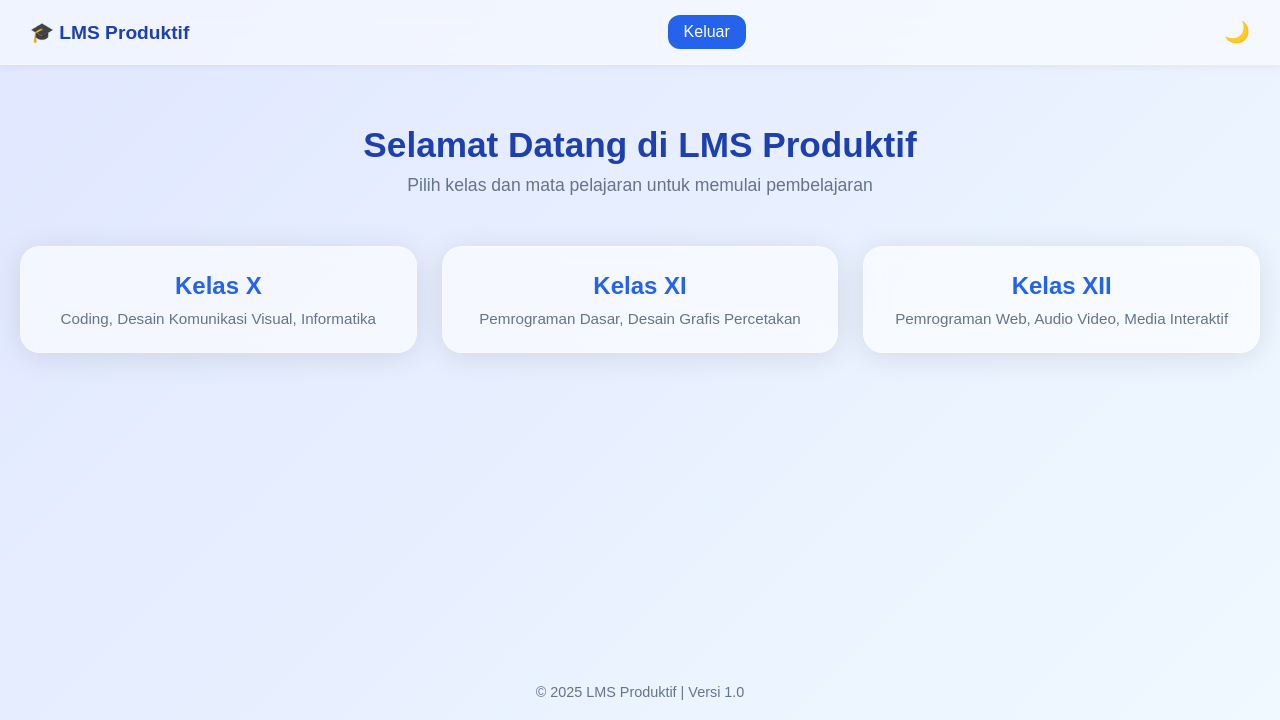
Repository: smkmutipugademak/elearning
Page: index.html
An editor plug-in stored every save of this project. The page is shown before and after the next save, followed by the edit.
The browser window is 1280 px wide. The pictures show the whole page.

Above is the page before, as saved 2025-11-07 01:18:06.

### index.html
<!DOCTYPE html>
<html lang="id">

<head>
    <meta charset="UTF-8">
    <meta name="viewport" content="width=device-width, initial-scale=1.0">
    <title>LMS Produktif | Dashboard</title>
    <link rel="stylesheet" href="home.css">
</head>

<body>
    <header class="navbar">
        <div class="logo">🎓 LMS Produktif</div>
        <a href="#" class="btn-logout">Keluar</a>
    </header>

    <main class="dashboard">
        <h1>Selamat Datang di LMS Produktif</h1>
        <p class="subtitle">Pilih kelas dan mata pelajaran untuk memulai pembelajaran</p>

        <!-- PILIH KELAS -->
        <section id="kelasSection" class="dashboard-grid">
            <div class="card kelas" data-kelas="X">
                <h2>Kelas X</h2>
                <p>Coding, Desain Komunikasi Visual, Informatika</p>
            </div>
            <div class="card kelas" data-kelas="XI">
                <h2>Kelas XI</h2>
                <p>Pemrograman Dasar, Desain Grafis Percetakan</p>
            </div>
            <div class="card kelas" data-kelas="XII">
                <h2>Kelas XII</h2>
                <p>Pemrograman Web, Audio Video, Media Interaktif</p>
            </div>
        </section>

        <!-- PILIH MAPEL -->
        <section id="mapelSection" class="hidden">
            <h2>Pilih Mata Pelajaran</h2>
            <div id="mapelList" class="dashboard-grid"></div>
            <button class="btn-back-home" id="backToKelas">← Kembali ke Pilihan Kelas</button>
        </section>

        <!-- PILIH MENU (Teori, Praktikum, TryOut, Kisi-Kisi) -->
        <section id="menuSection" class="hidden">
            <h2 id="selectedMapelTitle"></h2>
            <div class="dashboard-grid" id="menuList">
                <div class="card menu" data-menu="teori">
                    <h3>📘 Teori</h3>
                    <p>Materi pembelajaran teori</p>
                </div>
                <div class="card menu" data-menu="praktikum">
                    <h3>🔬 Praktikum</h3>
                    <p>Tugas dan panduan praktikum</p>
                </div>
                <div class="card menu" data-menu="tryout">
                    <h3>🧩 TryOut</h3>
                    <p>Latihan soal pilihan ganda</p>
                </div>
                <div class="card menu" data-menu="kisikisi">
                    <h3>📄 Kisi-Kisi</h3>
                    <p>Rangkuman dan panduan ujian</p>
                </div>
            </div>
            <button class="btn-back-home" id="backToMapel">← Kembali ke Pilihan Mapel</button>
        </section>

        <!-- PILIH BAB TRYOUT -->
        <section id="babSection" class="hidden">
            <h2>Pilih Latihan TryOut</h2>
            <div id="babList" class="dashboard-grid"></div>
            <button class="btn-back-home" id="backToMenu">← Kembali ke Menu Mapel</button>
        </section>
    </main>

    <footer class="footer">
        <p>© 2025 LMS Produktif | Versi 1.0</p>
    </footer>
    <script src="home.js"></script>
</body>

### home.css
/* =========================================================
   🎓 LMS PRODUKTIF — MODERN GLASSMORPHIC DASHBOARD
   Versi 2.0 (by GPT-5)
   ========================================================= */

/* === ROOT THEME COLORS === */
:root {
    --primary: #2563eb;
    --primary-dark: #1e40af;
    --bg: linear-gradient(135deg, #e0e7ff, #f0f9ff);
    --card-bg: rgba(255, 255, 255, 0.6);
    --text-dark: #0f172a;
    --text-light: #64748b;
    --radius: 20px;
    --shadow: 0 4px 30px rgba(0, 0, 0, 0.1);
    --glass-blur: blur(10px);
}

/* === DARK MODE THEME === */
body.dark {
    --bg: linear-gradient(135deg, #1e293b, #0f172a);
    --card-bg: rgba(30, 41, 59, 0.7);
    --text-dark: #f1f5f9;
    --text-light: #94a3b8;
    --primary: #60a5fa;
    --primary-dark: #3b82f6;
    --shadow: 0 6px 30px rgba(0, 0, 0, 0.6);
}

/* === GLOBAL RESET === */
* {
    margin: 0;
    padding: 0;
    box-sizing: border-box;
}

body {
    font-family: 'Poppins', sans-serif;
    background: var(--bg);
    color: var(--text-dark);
    transition: background 0.4s ease, color 0.4s ease;
    min-height: 100vh;
    display: flex;
    flex-direction: column;
}

/* === NAVBAR === */
.navbar {
    background: rgba(255, 255, 255, 0.5);
    backdrop-filter: blur(12px);
    display: flex;
    justify-content: space-between;
    align-items: center;
    padding: 15px 30px;
    border-bottom: 1px solid rgba(255, 255, 255, 0.3);
    box-shadow: 0 2px 8px rgba(0, 0, 0, 0.05);
    position: sticky;
    top: 0;
    z-index: 10;
}

body.dark .navbar {
    background: rgba(30, 41, 59, 0.6);
}

.logo {
    font-weight: 600;
    color: var(--primary-dark);
    font-size: 1.2rem;
    display: flex;
    align-items: center;
    gap: 6px;
}

.btn-logout {
    background: var(--primary);
    color: white;
    padding: 8px 16px;
    border-radius: 12px;
    text-decoration: none;
    transition: 0.3s;
    font-weight: 500;
}

.btn-logout:hover {
    background: var(--primary-dark);
    transform: translateY(-2px);
}

/* === DARK MODE TOGGLE === */
.toggle-dark {
    cursor: pointer;
    background: transparent;
    border: none;
    color: var(--text-dark);
    font-size: 1.3rem;
    transition: 0.3s;
}

.toggle-dark:hover {
    color: var(--primary);
}

/* === DASHBOARD === */
.dashboard {
    text-align: center;
    padding: 60px 20px;
    flex: 1;
}

.dashboard h1 {
    font-size: 2.2rem;
    color: var(--primary-dark);
    margin-bottom: 10px;
}

.subtitle {
    font-size: 1.1rem;
    color: var(--text-light);
    margin-bottom: 40px;
}

/* === GRID CONTAINER === */
.dashboard-grid {
    display: grid;
    grid-template-columns: repeat(auto-fit, minmax(220px, 1fr));
    gap: 25px;
    justify-content: center;
    align-items: stretch;
    padding: 10px 0 40px;
}

/* === CARD === */
.card {
    background: var(--card-bg);
    backdrop-filter: var(--glass-blur);
    border-radius: var(--radius);
    box-shadow: var(--shadow);
    border: 1px solid rgba(255, 255, 255, 0.3);
    transition: all 0.35s ease;
    cursor: pointer;
    padding: 25px 20px;
}

.card:hover {
    transform: translateY(-6px) scale(1.03);
    background: rgba(255, 255, 255, 0.9);
    box-shadow: 0 10px 25px rgba(37, 99, 235, 0.25);
}

body.dark .card:hover {
    background: rgba(30, 41, 59, 0.9);
}

.card h2,
.card h3 {
    margin: 0 0 10px;
    color: var(--primary);
    font-weight: 600;
}

.card p {
    color: var(--text-light);
    font-size: 0.95rem;
}

/* === BUTTON === */
.btn-back-home {
    background: var(--primary);
    color: white;
    border: none;
    padding: 12px 24px;
    border-radius: 14px;
    cursor: pointer;
    transition: all 0.3s ease;
    box-shadow: 0 4px 10px rgba(37, 99, 235, 0.3);
    font-size: 1rem;
}

.btn-back-home:hover {
    background: var(--primary-dark);
    transform: translateY(-3px);
}

/* === HIDDEN SECTIONS === */
.hidden {
    display: none;
}

/* === ANIMATIONS === */
.fade-in {
    animation: fadeIn 0.5s ease forwards;
}

.fade-out {
    animation: fadeOut 0.4s ease forwards;
}

@keyframes fadeIn {
    from {
        opacity: 0;
        transform: translateY(10px) scale(0.98);
    }

    to {
        opacity: 1;
        transform: translateY(0) scale(1);
    }
}

@keyframes fadeOut {
    from {
        opacity: 1;
        transform: scale(1);
    }

    to {
        opacity: 0;
        transform: scale(0.97);
    }
}

/* === FOOTER === */
.footer {
    text-align: center;
    padding: 20px 10px;
    font-size: 0.9rem;
    color: var(--text-light);
}

/* === RESPONSIVE === */
@media (max-width: 768px) {
    .dashboard {
        padding: 40px 15px;
    }

    .dashboard h1 {
        font-size: 1.8rem;
    }

    .dashboard-grid {
        grid-template-columns: repeat(auto-fit, minmax(160px, 1fr));
        gap: 18px;
    }

    .card {
        padding: 18px;
    }

    .btn-back-home {
        width: 100%;
        font-size: 0.9rem;
        padding: 10px;
    }
}

### home.js
// === Ambil elemen DOM ===
const kelasSection = document.getElementById("kelasSection");
const mapelSection = document.getElementById("mapelSection");
const mapelList = document.getElementById("mapelList");
const menuSection = document.getElementById("menuSection");
const menuList = document.getElementById("menuList");
const babSection = document.getElementById("babSection");
const babList = document.getElementById("babList");

// Tombol kembali (harus pastikan ada di HTML)
const backToKelas = document.getElementById("backToKelas");
const backToMapel = document.getElementById("backToMapel");
const backToMenu = document.getElementById("backToMenu");

// === Data Mapel per Kelas ===
const mapelPerKelas = {
    X: ["Coding", "Desain Komunikasi Visual", "Informatika"],
    XI: ["Pemrograman Dasar", "Desain Grafis Percetakan"],
    XII: [
        "Pemrograman Web dan Perangkat Bergerak",
        "Teknik Pengolahan Audio dan Video",
        "Desain Media Interaktif",
    ],
};

// === Data Bab ===
const babListData = ["Latihan Bab 1", "Latihan Bab 2", "Latihan Bab 3"];

// === PILIH KELAS ===
document.querySelectorAll(".kelas").forEach((card) => {
    card.addEventListener("click", () => {
        const kelas = card.getAttribute("data-kelas");

        // tampilkan mapel sesuai kelas
        kelasSection.classList.add("hidden");
        mapelSection.classList.remove("hidden");
        mapelList.innerHTML = ""; // bersihkan dulu

        // Buat kartu mapel
        mapelPerKelas[kelas].forEach((mapel) => {
            const div = document.createElement("div");
            div.className = "card mapel fade-in";
            div.innerHTML = `<h3>${mapel}</h3><p>Kelas ${kelas}</p>`;
            div.addEventListener("click", () => showMenu(mapel));
            mapelList.appendChild(div);
        });
    });
});

// === PILIH MENU (Teori, Praktikum, TryOut, Kisi-Kisi) ===
function showMenu(mapel) {
    mapelSection.classList.add("hidden");
    menuSection.classList.remove("hidden");
    menuList.innerHTML = ""; // bersihkan

    const menus = [
        { nama: "Materi Teori", key: "teori" },
        { nama: "Praktikum", key: "praktikum" },
        { nama: "TryOut", key: "tryout" },
        { nama: "Kisi-Kisi", key: "kisi" },
    ];

    menus.forEach((menu) => {
        const div = document.createElement("div");
        div.className = "card menu fade-in";
        div.innerHTML = `<h3>${menu.nama}</h3><p>${mapel}</p>`;

        div.addEventListener("click", () => {
            if (menu.key === "tryout") {
                showBab(mapel);
            } else {
                // nanti bisa diarahkan ke halaman lain (materi.html dsb)
                alert(`${menu.nama} untuk ${mapel} akan segera tersedia!`);
            }
        });

        menuList.appendChild(div);
    });
}

// === PILIH BAB (Jika klik TryOut) ===
function showBab(mapel) {
    menuSection.classList.add("hidden");
    babSection.classList.remove("hidden");
    babList.innerHTML = "";

    babListData.forEach((bab, index) => {
        const div = document.createElement("div");
        div.className = "card bab fade-in";
        div.innerHTML = `<h3>${bab}</h3><p>${mapel}</p>`;

        div.addEventListener("click", () => {
            // buat nama file otomatis, misalnya:
            // mapel "Coding" + Bab 1 => latihan_coding_bab1.html
            const mapelSlug = mapel.toLowerCase().replace(/\s+/g, "_");
            const babSlug = bab.toLowerCase().replace("latihan bab ", "bab");
            const targetFile = `latihan_${mapelSlug}_${babSlug}.html`;

            // redirect ke file latihan sesuai mapel & bab
            window.location.href = targetFile;
        });

        babList.appendChild(div);
    });
}


// === TOMBOL KEMBALI ===
if (backToKelas)
    backToKelas.addEventListener("click", () => {
        mapelSection.classList.add("hidden");
        kelasSection.classList.remove("hidden");
    });

if (backToMapel)
    backToMapel.addEventListener("click", () => {
        menuSection.classList.add("hidden");
        mapelSection.classList.remove("hidden");
    });

if (backToMenu)
    backToMenu.addEventListener("click", () => {
        babSection.classList.add("hidden");
        menuSection.classList.remove("hidden");
    });
// === DARK MODE TOGGLE ===
const toggle = document.createElement("button");
toggle.className = "toggle-dark";
toggle.innerHTML = "🌙";
document.querySelector(".navbar").appendChild(toggle);

toggle.addEventListener("click", () => {
    document.body.classList.toggle("dark");
    toggle.innerHTML = document.body.classList.contains("dark") ? "☀️" : "🌙";
});

After the next save:
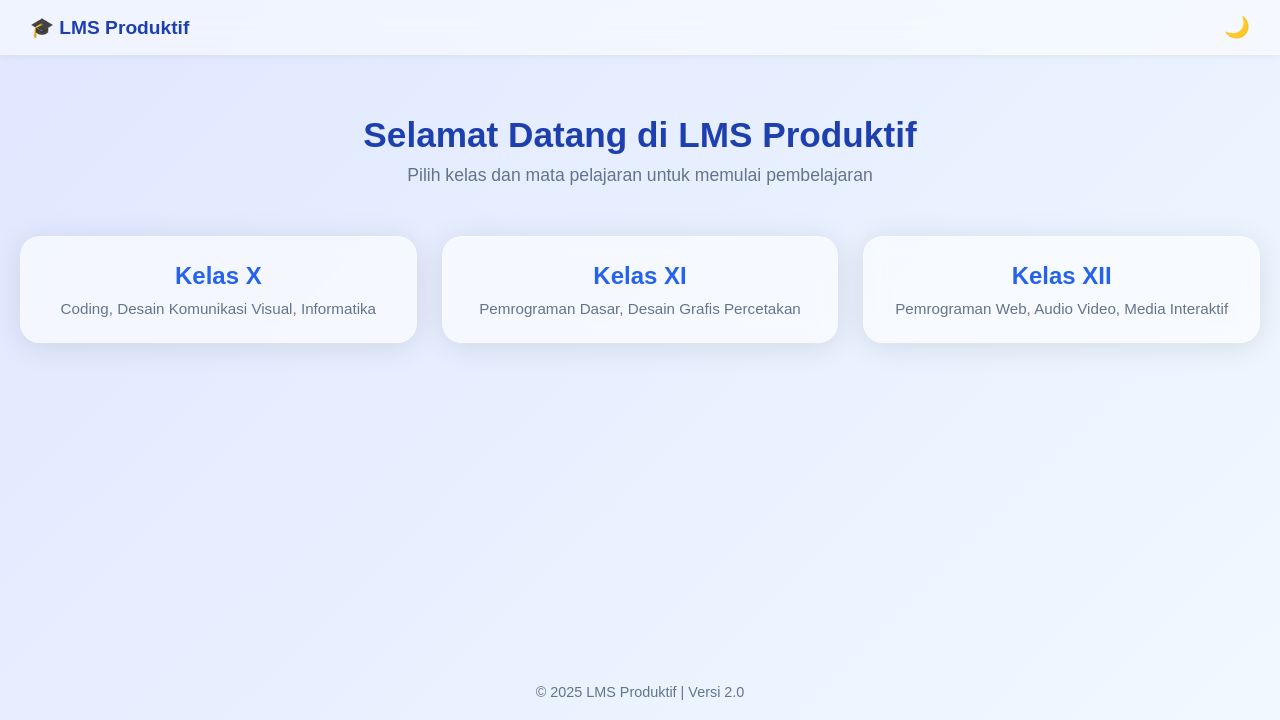
Saved 2 min 1 s later.
--- a/index.html
+++ b/index.html
@@ -11,7 +11,7 @@
 <body>
     <header class="navbar">
         <div class="logo">🎓 LMS Produktif</div>
-        <a href="#" class="btn-logout">Keluar</a>
+        <!-- Tombol dark mode akan ditambahkan otomatis lewat JS -->
     </header>
 
     <main class="dashboard">
@@ -41,27 +41,10 @@
             <button class="btn-back-home" id="backToKelas">← Kembali ke Pilihan Kelas</button>
         </section>
 
-        <!-- PILIH MENU (Teori, Praktikum, TryOut, Kisi-Kisi) -->
+        <!-- PILIH MENU -->
         <section id="menuSection" class="hidden">
             <h2 id="selectedMapelTitle"></h2>
-            <div class="dashboard-grid" id="menuList">
-                <div class="card menu" data-menu="teori">
-                    <h3>📘 Teori</h3>
-                    <p>Materi pembelajaran teori</p>
-                </div>
-                <div class="card menu" data-menu="praktikum">
-                    <h3>🔬 Praktikum</h3>
-                    <p>Tugas dan panduan praktikum</p>
-                </div>
-                <div class="card menu" data-menu="tryout">
-                    <h3>🧩 TryOut</h3>
-                    <p>Latihan soal pilihan ganda</p>
-                </div>
-                <div class="card menu" data-menu="kisikisi">
-                    <h3>📄 Kisi-Kisi</h3>
-                    <p>Rangkuman dan panduan ujian</p>
-                </div>
-            </div>
+            <div class="dashboard-grid" id="menuList"></div>
             <button class="btn-back-home" id="backToMapel">← Kembali ke Pilihan Mapel</button>
         </section>
 
@@ -74,7 +57,10 @@
     </main>
 
     <footer class="footer">
-        <p>© 2025 LMS Produktif | Versi 1.0</p>
+        <p>© 2025 LMS Produktif | Versi 2.0</p>
     </footer>
+
     <script src="home.js"></script>
 </body>
+
+</html>
